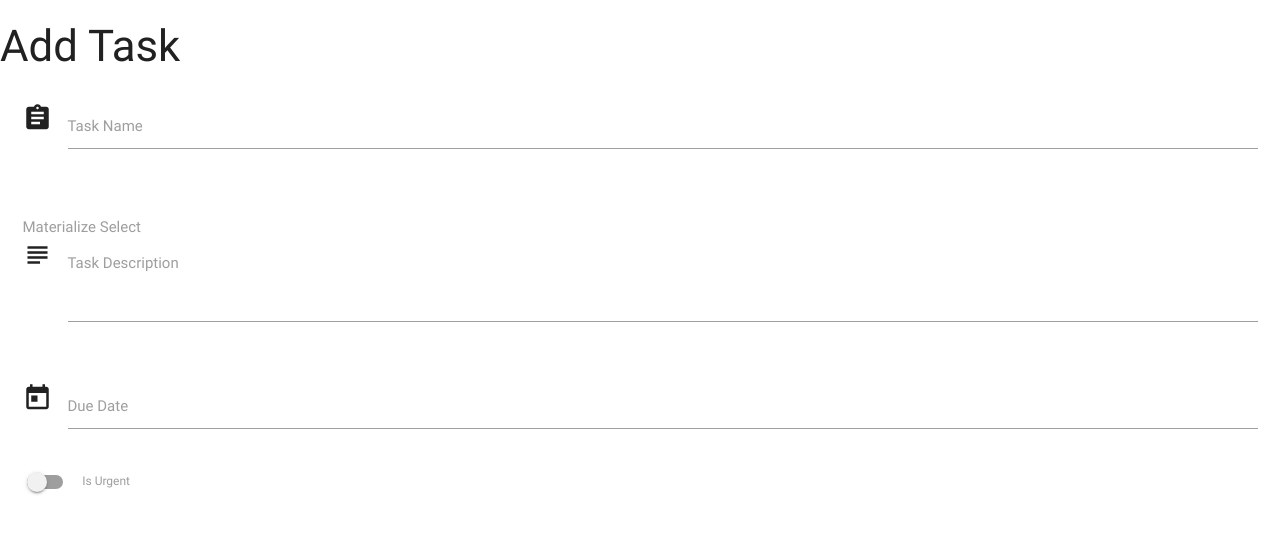
Repository: kalkiboru111/task-manager
Page: http://localhost/add_task
The author's editor kept a record of every edit. The page is drawn from the files as they stood at one moment, then again after the next edit.
The browser window is 1280 px wide. The pictures show the whole page.
The page is served by the project's application, run on Flask 3 (app.py). Queries for data that is not in the repository find no rows.

Above is the page before.
Console error: TypeError: $(...).formSelect is not a function

### templates/addtask.html
{% extends 'base.html' %} {% block content %}
<h3>Add Task</h3>
<div class="row">
    <form action="" method="POST" class="col s12">
        <div class="row">
            <div class="input-field col s12">
                <i class="material-icons prefix">assignment</i>
                <input id="task_name" name="task_name" type="text">
                <label for="icon_prefix">Task Name</label>
            </div>
        </div>
        <div class="row">
            <div class="input-field col s12">
                <select>
                    <option value="" disabled selected>Choose your option</option>
                    <option value="1">Option 1</option>
                    <option value="2">Option 2</option>
                    <option value="3">Option 3</option>
                    </select>
                <label>Materialize Select</label>
            </div>
        </div>

        <div class="row">
            <div class="input-field col s12">
                <i class="material-icons prefix">subject</i>
                <textarea name="task_description" id="task_description" class="materialize-textarea"></textarea>
                <label for="icon_telephone">Task Description</label>
            </div>
        </div>
        <div class="row">
            <div class="input-field col s12" id="matfix">
                <i class="material-icons prefix">today</i>
                <input id="due_date" name="due_date" type="text" class="datepicker">
                <label for="icon_prefix">Due Date</label>
            </div>
        </div>
        <div class="row">
            <div class="switch">
                <label>
                  <input id="is_urgent" name="is_urgent" type="checkbox">
                  <span class="lever"></span>
                  Is Urgent
                </label>
            </div>
        </div>
    </form>
</div>

{% endblock %}

### templates/base.html
<!DOCTYPE html>
<html>

<head>
    <link href="https://fonts.googleapis.com/icon?family=Material+Icons" rel="stylesheet">
    <link rel="stylesheet" href="https://cdnjs.cloudflare.com/ajax/libs/materialize/0.100.2/css/materialize.min.css">
</head>

<body>
    {% block content %} {% endblock %}
    <script src="https://cdnjs.cloudflare.com/ajax/libs/jquery/3.4.1/jquery.min.js" integrity="sha256-CSXorXvZcTkaix6Yvo6HppcZGetbYMGWSFlBw8HfCJo=" crossorigin="anonymous"></script>
    <script src="https://cdnjs.cloudflare.com/ajax/libs/materialize/0.100.2/js/materialize.min.js"></script>
    <script type="text/javascript">
        $(document).ready(function() {
            $('.collapsible').collapsible();
            $('select').formSelect();

            $('.datepicker').pickadate({
                selectMonths: true, // Creates a dropdown to control month
                selectYears: 15, // Creates a dropdown of 15 years to control year,
                today: 'Today',
                clear: 'Clear',
                close: 'Ok',
                closeOnSelect: false // Close upon selecting a date,
            });

            document.getElementById("matfix").addEventListener("click", function(e) {
                e.stopPropagation();
            });
        })
    </script>

</body>

</html>

### app.py
import os
from flask import Flask, render_template, request, redirect, url_for
from flask_pymongo import PyMongo
from bson.objectid import ObjectId


app = Flask(__name__)

app.config["MONGO_DBNAME"] = "task manager"
app.config["MONGO_URI"] = "mongodb+srv://root:83ZQythXiDEUTHCq@myfirstcluster-qstcj.mongodb.net/task_manager?retryWrites=true&w=majority"

mongo = PyMongo(app)

@app.route('/')
@app.route('/get_tasks')
def get_tasks():
    return render_template("tasks.html", tasks=mongo.db.tasks.find())

@app.route('/add_task')
def add_task():
    return render_template("addtask.html",
        categories=mongo.db.categories.find())

if __name__ == '__main__':
    app.run(host=os.environ.get('IP'),
    port=int(os.environ.get('PORT')),
    debug=True)

After the next edit:
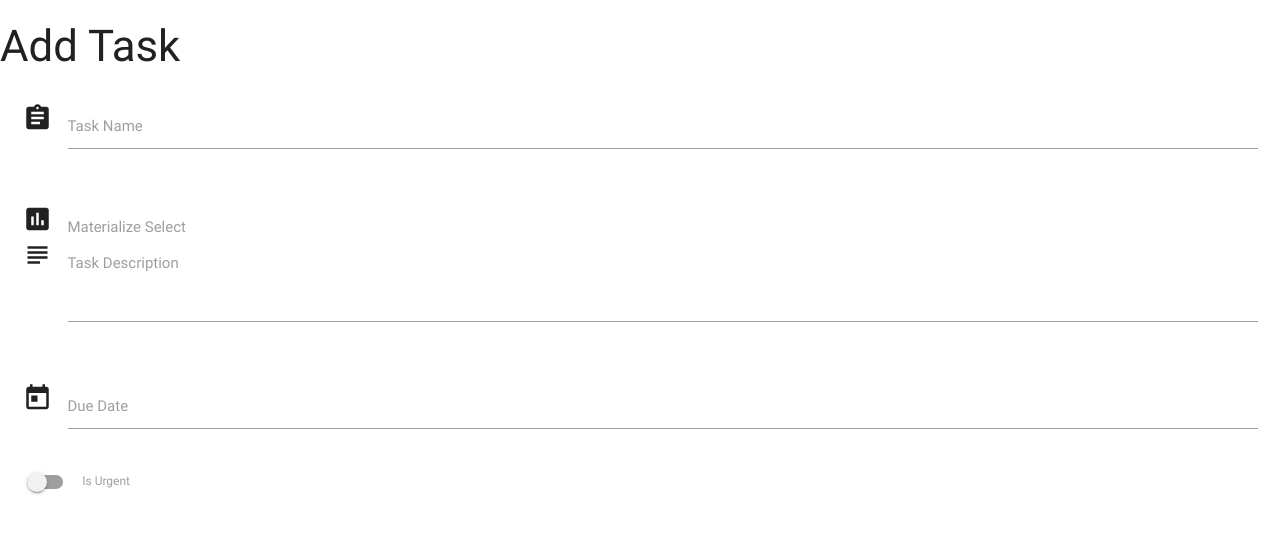
The edit:
--- a/templates/addtask.html
+++ b/templates/addtask.html
@@ -11,6 +11,7 @@
         </div>
         <div class="row">
             <div class="input-field col s12">
+                <i class="material-icons prefix">poll</i>
                 <select>
                     <option value="" disabled selected>Choose your option</option>
                     <option value="1">Option 1</option>
